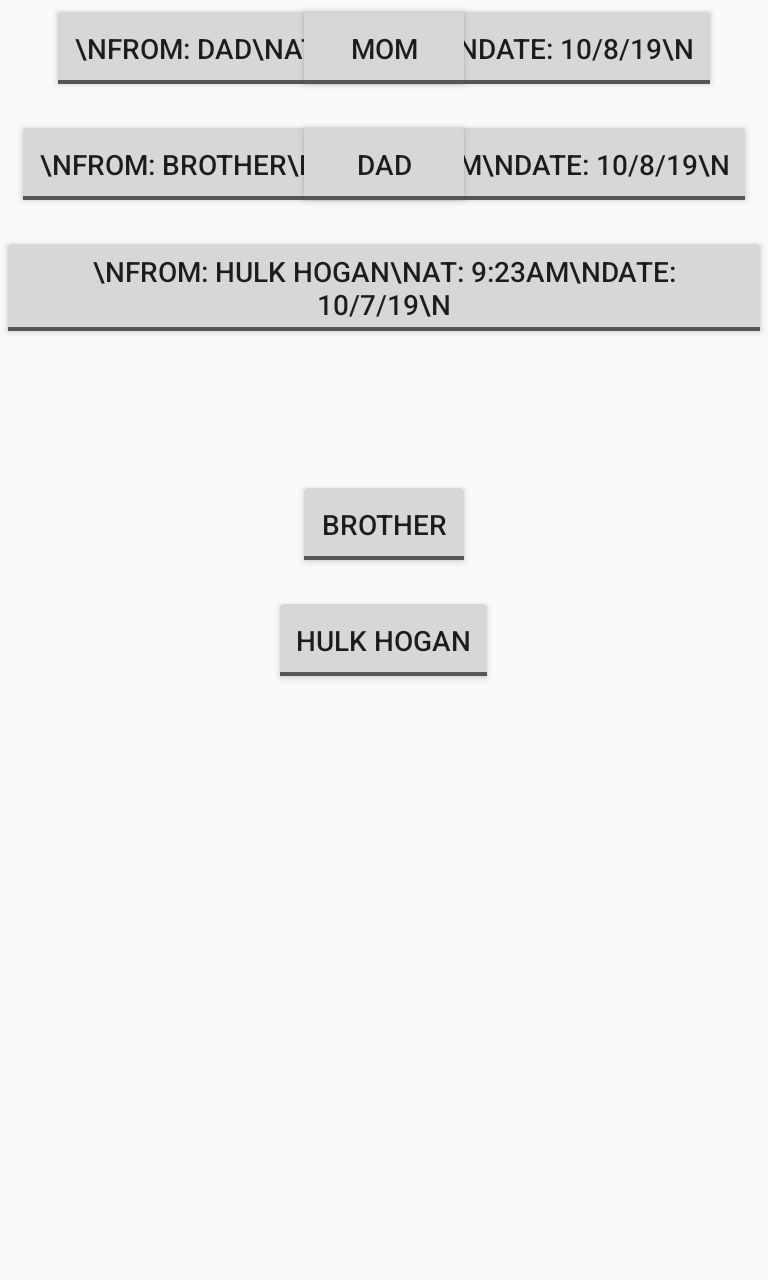
Repository: bhazenstab16/PhoneAppBMH
Layout: PhoneAppTwo/res/layout/activity_main.xml
These files come from the project's save history. The layout is drawn as it stood at one moment and after the next save; the edit follows.
It is drawn on a 768 x 1280 px phone screen (xhdpi) without system bars, with theme AppTheme; the app's code is not run.

Above is the layout before, as saved 2019-10-10 20:05:13.

After the next save:
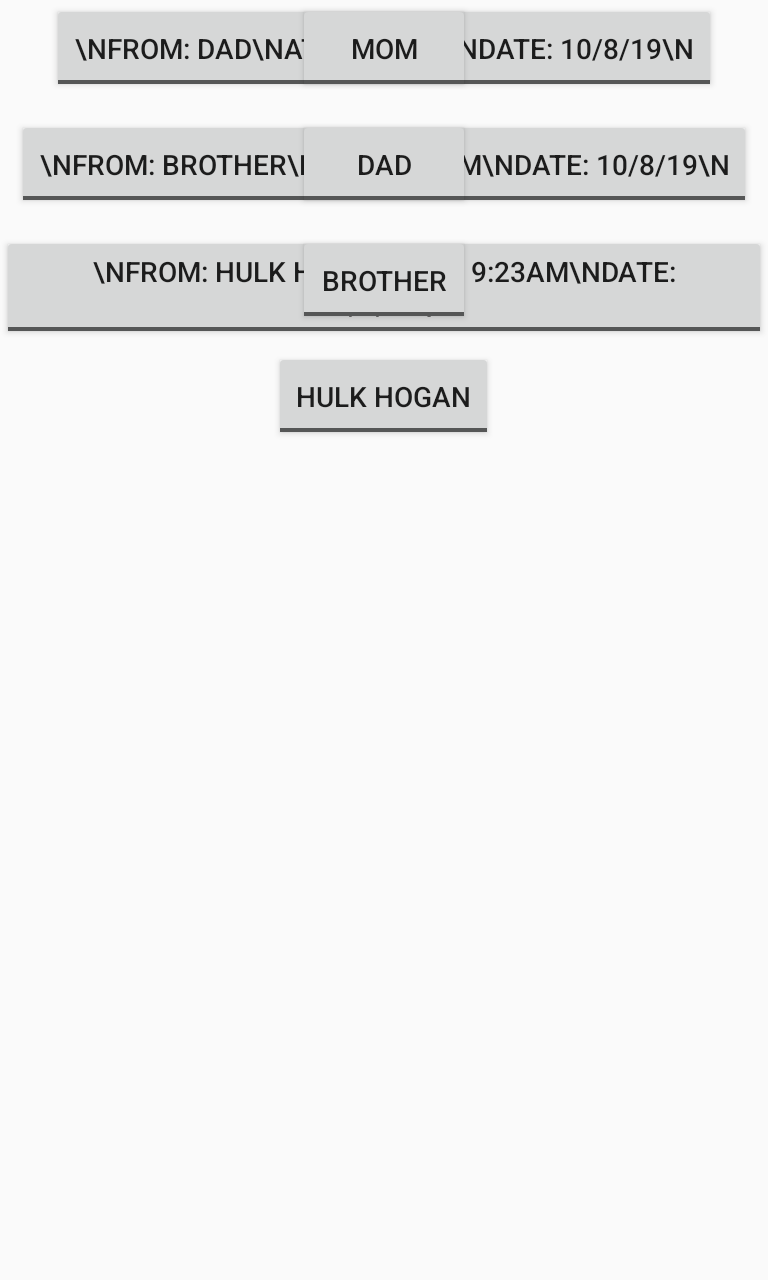
Saved 54 s later.
--- a/PhoneAppTwo/res/layout/activity_main.xml
+++ b/PhoneAppTwo/res/layout/activity_main.xml
@@ -173,7 +173,7 @@
                         android:layout_width="wrap_content"
                         android:layout_height="wrap_content"
                         android:layout_centerHorizontal="true"
-                        android:layout_above="@+id/toggleButtonHulkHogan"
+                        android:layout_below="@+id/toggleButtonDad"
                         android:layout_marginTop="10dp"
                         android:onClick="onToggleBrotherClick"
                         android:text="Brother"
@@ -184,7 +184,7 @@
                         android:id="@+id/toggleButtonHulkHogan"
                         android:layout_width="wrap_content"
                         android:layout_height="wrap_content"
-                        android:layout_centerVertical="true"
+                        android:layout_below="@+id/toggleButtonBrother"
                         android:layout_centerHorizontal="true"
                         android:layout_marginTop="10dp"
                         android:onClick="onToggleHulkHoganClick"
